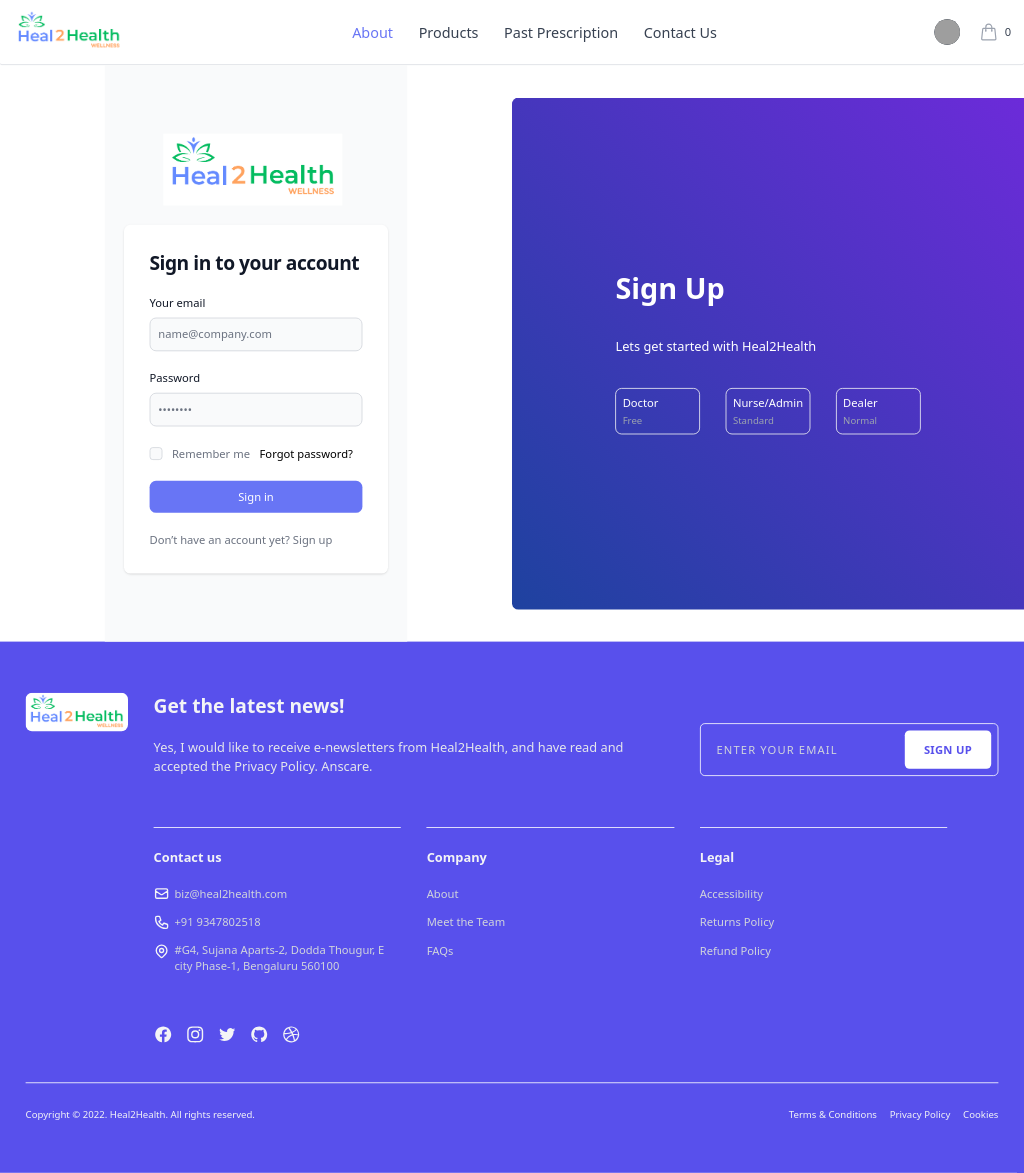
Repository: Akash123-coder/H2H
Page: /login (app in Frontend/)
These files come from the project's save history. The page is drawn as it stood at one moment and after the next save; the edit follows.
The browser window is 1280 px wide. The pictures show the whole page, at 80% of full size.
Pictures or frames that could not be fetched are drawn as grey boxes. The project was rebuilt for these pictures with package versions that can differ from the ones it lists, and the page was loaded fresh each time. Also part of the build but not shown: Frontend/vite.config.ts, Frontend/src/pages/About.tsx, Frontend/src/components/Cta.jsx, Frontend/src/pages/Home.jsx, Frontend/src/components/Product.tsx, Frontend/src/pages/Prescription.jsx, Frontend/src/pages/SignUp.jsx, Frontend/src/pages/CompanyNameSelect.jsx and 3 more.

Above is the page before, as saved 2022-10-04 12:58:00.

### Frontend/index.html
<!DOCTYPE html>
<html lang="en">
  <head>
    <meta charset="UTF-8" />
    <link rel="icon" type="image/svg+xml" href="/vite.svg" />
    <meta name="viewport" content="width=device-width, initial-scale=1.0" />
    <title>Heal2Health</title>
  </head>
  <body>
    <div id="root"></div>
    <script type="module" src="/src/main.tsx"></script>
  </body>
</html>

### Frontend/src/main.tsx
import React from 'react'
import ReactDOM from 'react-dom/client'
import App from './App'
import './index.css'
import {BrowserRouter} from 'react-router-dom'

ReactDOM.createRoot(document.getElementById('root') as HTMLElement).render(
  <React.StrictMode>
    <BrowserRouter>
    <App />
    </BrowserRouter>
  </React.StrictMode>
)

### Frontend/src/App.jsx
import { Routes, Route } from "react-router-dom";
import Navbar from "./components/Navbar.jsx";
import { ShoppingCartProvider } from "./context/ShoppingCartContext";
import About from "./pages/About";
import Home from "./pages/Home";
import Prescription from "./pages/Prescription";
import SignUp from "./pages/SignUp";
import Footer from "./components/Footer";
import Login from "./pages/Login";
import Cart from "./pages/Cart";
import CompanyNameSelect from "./pages/CompanyNameSelect.jsx";
import PastPrescription from "./pages/PastPrescription.jsx";

function App() {
  return (
    <ShoppingCartProvider>
      <Navbar />
      <Routes>
        <Route path="/" element={<Home />} />
        <Route path="/prescription" element={<Prescription />} />
        <Route path="/about" element={<About />} />
        <Route path="/login" element={<Login />} />
        <Route path="/SignUp" element={<SignUp />} />
        <Route path="/pastprescription" element={<PastPrescription />} />
        {/* <Route path="/SignUp" element={<CompanyNameSelect />} /> */}
      </Routes>
      <Footer />
    </ShoppingCartProvider>
  );
}

export default App;

### Frontend/src/context/ShoppingCartContext.tsx
import {useContext ,useState, createContext ,ReactNode} from 'react'

const ShoppingCartContext = createContext({})

type ShoppingCartProviderProps ={
    children: ReactNode
}
type CartItem = {
    id: number
    quantity:number
}


type ShoppingCartContext ={
    CartQuantity:number
    CartItems:CartItem[]
    getItemQuantity:(id: number) => number
    increaseItemQuantity:(id: number) => void
    decreaseItemQuantity:(id: number) => void
    removeFromCart:(id: number) => void
}

export function useShoppingCart() {
  return ( useContext(ShoppingCartContext)
  )
}

export function ShoppingCartProvider({children}:ShoppingCartProviderProps){
    const [cartItems ,setCartItems] = useState<CartItem>([]);

    const CartQuantity = cartItems.reduce(
        (quantity ,item) => item.quantity + quantity,0
    )

    function getItemQuantity(id : number){
        return cartItems.find( item => item.id === id)?.quantity || 0
    }
    function increaseItemQuantity(id : number){
         setCartItems(currItems =>{
            if(currItems.find(item => item.id === id)==null){
                return [...currItems, {id , quantity : 1}]

            } else {
                return currItems.map(item =>{
                    if(item.id === id ){
                        return {...item ,quantity: item.quantity + 1}
                    }else{
                        return item
                    }
                })
            }
         })
    }
    function decreaseItemQuantity(id: number) {
        setCartItems(currItems => {
          if (currItems.find(item => item.id === id)?.quantity === 1) {
            return currItems.filter(item => item.id !== id)
          } else {
            return currItems.map(item => {
              if (item.id === id) {
                return { ...item, quantity: item.quantity - 1 }
              } else {
                return item
              }
            })
          }
        })
      }
    function removeFromCart(id : number){
        setCartItems(currItems =>{
            return currItems.filter(item =>item.id!==id)
        })
    }
    return (

        <ShoppingCartContext.Provider value = {{getItemQuantity,increaseItemQuantity,decreaseItemQuantity ,removeFromCart,cartItems,CartQuantity}}>
            {children}
        </ShoppingCartContext.Provider>
    )
}

### Frontend/src/pages/Login.jsx
import React from 'react'
import { NavLink } from 'react-router-dom';
import logo from "../assets/logo.png";



function Login() {
  return (
    <div class="h-full md:h-screen md:flex py-10 ">
      <div class="grid grid-flow-col md:flex md:w-1/2 justify-center  items-center bg-white">
        <div>
          <section class="bg-gray-50 dark:bg-gray-900">
            <div class="flex flex-col items-center justify-center px-6 py-8 mx-auto md:h-screen lg:py-0">
              <a
                href="#"
                class="flex items-center mb-6 text-2xl font-semibold text-gray-900 dark:text-white"
              >
                <img class=" h-auto w-56 mr-2" src={logo} alt="logo" />
              </a>
              <div class="w-full bg-white rounded-lg shadow dark:border md:mt-0 sm:max-w-md xl:p-0 dark:bg-gray-800 dark:border-gray-700">
                <div class="p-6 space-y-4 md:space-y-6 sm:p-8">
                  <h1 class="text-xl font-bold leading-tight tracking-tight text-gray-900 md:text-2xl dark:text-white">
                    Sign in to your account
                  </h1>
                  <form class="space-y-4 md:space-y-6" action="#">
                    <div>
                      <label
                        for="email"
                        class="block mb-2 text-sm font-medium text-gray-900 dark:text-white"
                      >
                        Your email
                      </label>
                      <input
                        type="email"
                        name="email"
                        id="email"
                        class="bg-gray-50 border border-gray-300 text-gray-900 sm:text-sm rounded-lg focus:ring-primary-600 focus:border-primary-600 block w-full p-2.5 dark:bg-gray-700 dark:border-gray-600 dark:placeholder-gray-400 dark:text-white dark:focus:ring-blue-500 dark:focus:border-blue-500"
                        placeholder="name@company.com"
                        required=""
                      />
                    </div>
                    <div>
                      <label
                        for="password"
                        class="block mb-2 text-sm font-medium text-gray-900 dark:text-white"
                      >
                        Password
                      </label>
                      <input
                        type="password"
                        name="password"
                        id="password"
                        placeholder="••••••••"
                        class="bg-gray-50 border border-gray-300 text-gray-900 sm:text-sm rounded-lg focus:ring-primary-600 focus:border-primary-600 block w-full p-2.5 dark:bg-gray-700 dark:border-gray-600 dark:placeholder-gray-400 dark:text-white dark:focus:ring-blue-500 dark:focus:border-blue-500"
                        required=""
                      />
                    </div>
                    <div class="flex items-center justify-between">
                      <div class="flex items-start">
                        <div class="flex items-center h-5">
                          <input
                            id="remember"
                            aria-describedby="remember"
                            type="checkbox"
                            class="w-4 h-4 border border-gray-300 rounded bg-gray-50 focus:ring-3 focus:ring-primary-300 dark:bg-gray-700 dark:border-gray-600 dark:focus:ring-primary-600 dark:ring-offset-gray-800"
                            required=""
                          />
                        </div>
                        <div class="ml-3 text-sm">
                          <label
                            for="remember"
                            class="text-gray-500 dark:text-gray-300"
                          >
                            Remember me
                          </label>
                        </div>
                      </div>
                      <a
                        href="#"
                        class="text-sm font-medium text-primary-600 hover:underline px-3 dark:text-primary-500"
                      >
                        Forgot password?
                      </a>
                    </div>
                    <button
                      type="submit"
                      class="w-full text-white bg-indigo-500 hover:bg-indigo-600 hover:bg-primary-700 focus:ring-4 focus:outline-none focus:ring-primary-300 font-medium rounded-lg text-sm px-5 py-2.5 text-center dark:bg-primary-600 dark:hover:bg-primary-700 dark:focus:ring-primary-800"
                    >
                      Sign in
                    </button>
                    <p class="text-sm font-light text-gray-500 dark:text-gray-400">
                      Don’t have an account yet?{" "}
                      <NavLink
                        to="/signUp"
                        class="font-medium text-primary-600 hover:underline dark:text-primary-500"
                      >
                        Sign up
                      </NavLink>
                    </p>
                  </form>
                </div>
              </div>
            </div>
          </section>
        </div>
      </div>
      <div class="relative flex w-full h-full overflow-hidden md:flex md:w-1/2  bg-gradient-to-tr md:rounded-l-lg from-blue-800 to-purple-700 i justify-around items-center ">
        <div>
          <h1 class="text-white font-bold text-4xl font-sans my-10">Sign Up</h1>
          <p class="text-white mt-1">Lets get started with Heal2Health</p>
          <div class="grid grid-flow-row md:grid-cols-3 pb-10 gap-8 text-white mt-10 ">
            <div class="relative">
              <input
                class="hidden group peer"
                type="radio"
                name="shippingOption"
                value="standard_alt"
                id="standard_alt"
              />

              <label
                class="block p-2 text-sm font-medium transition-colors border border-gray-100  hover:text-gray-800 rounded-lg shadow-sm cursor-pointer peer-checked:border-indigo-500 peer-checked:bg-white peer-checked:text-black hover:bg-gray-50 peer-checked:ring-1 peer-checked:ring-indigo-500"
                for="standard_alt"
              >
                <span> Doctor </span>

                <span class="block mt-1 text-xs text-gray-400"> Free </span>
              </label>

              <svg
                class="absolute w-5 h-5 text-indigo-600 opacity-0 top-8 right-3 peer-checked:opacity-100"
                xmlns="http://www.w3.org/2000/svg"
                viewBox="0 0 20 20"
                fill="currentColor"
              >
                <path
                  fill-rule="evenodd"
                  d="M10 18a8 8 0 100-16 8 8 0 000 16zm3.707-9.293a1 1 0 00-1.414-1.414L9 10.586 7.707 9.293a1 1 0 00-1.414 1.414l2 2a1 1 0 001.414 0l4-4z"
                  clip-rule="evenodd"
                />
              </svg>
            </div>

            <div class="relative">
              <input
                class="hidden group peer"
                type="radio"
                name="shippingOption"
                value="next_day_alt"
                id="next_day_alt"
              />

              <label
                class="block p-2 text-sm font-medium transition-colors border  peer-checked:bg-white peer-checked:text-black  hover:text-gray-800 border-gray-100 rounded-lg shadow-sm cursor-pointer peer-checked:border-indigo-500 hover:bg-gray-50 peer-checked:ring-1 peer-checked:ring-indigo-500"
                for="next_day_alt"
              >
                <span> Nurse/Admin </span>

                <span class="block mt-1 text-xs text-gray-400"> Standard </span>
              </label>

              <svg
                class="absolute w-5 h-5 text-indigo-600 opacity-0 top-8 right-3 peer-checked:opacity-100"
                xmlns="http://www.w3.org/2000/svg"
                viewBox="0 0 20 20"
                fill="currentColor"
              >
                <path
                  fill-rule="evenodd"
                  d="M10 18a8 8 0 100-16 8 8 0 000 16zm3.707-9.293a1 1 0 00-1.414-1.414L9 10.586 7.707 9.293a1 1 0 00-1.414 1.414l2 2a1 1 0 001.414 0l4-4z"
                  clip-rule="evenodd"
                />
              </svg>
            </div>
            <div class="relative">
              <input
                class="hidden group peer"
                type="radio"
                name="shippingOption"
                value="day_alt"
                id="day_alt"
              />

              <label
                class="block p-2 text-sm font-medium transition-colors border  hover:text-gray-800  peer-checked:bg-white peer-checked:text-black border-gray-100 rounded-lg shadow-sm cursor-pointer peer-checked:border-indigo-500 hover:bg-gray-50 peer-checked:ring-1 peer-checked:ring-indigo-500"
                for="day_alt"
              >
                <span> Dealer </span>

                <span class="block mt-1 text-xs text-gray-400"> Normal </span>
              </label>

              <svg
                class="absolute w-5 h-5 text-indigo-600 opacity-0 top-8 right-3 peer-checked:opacity-100"
                xmlns="http://www.w3.org/2000/svg"
                viewBox="0 0 20 20"
                fill="currentColor"
              >
                <path
                  fill-rule="evenodd"
                  d="M10 18a8 8 0 100-16 8 8 0 000 16zm3.707-9.293a1 1 0 00-1.414-1.414L9 10.586 7.707 9.293a1 1 0 00-1.414 1.414l2 2a1 1 0 001.414 0l4-4z"
                  clip-rule="evenodd"
                />
              </svg>
            </div>
          </div>
        </div>

        <div class="absolute hidden   -bottom-32 -left-40 w-80 h-80 border-4 rounded-full border-opacity-30 border-t-8"></div>
        <div class="absolute hidden  -bottom-40 -left-20 w-80 h-80 border-4 rounded-full border-opacity-30 border-t-8"></div>
        <div class="absolute hidden  -top-40 -right-0 w-80 h-80 border-4 rounded-full border-opacity-30 border-t-8"></div>
        <div class="absolute hidden  -top-20 -right-20 w-80 h-80 border-4 rounded-full border-opacity-30 border-t-8"></div>
      </div>
    </div>
  );
}

export default Login;


{/* <form class="bg-white">
  <h1 class="text-gray-800 font-bold text-2xl mb-1">Hello Again!</h1>
  <p class="text-sm font-normal text-gray-600 mb-7">Welcome Back</p>
  <div class="flex items-center border-2 py-2 px-3 rounded-2xl mb-4">
    <svg
      xmlns="http://www.w3.org/2000/svg"
      class="h-5 w-5 text-gray-400"
      viewBox="0 0 20 20"
      fill="currentColor"
    >
      <path
        fill-rule="evenodd"
        d="M10 9a3 3 0 100-6 3 3 0 000 6zm-7 9a7 7 0 1114 0H3z"
        clip-rule="evenodd"
      />
    </svg>
    <input
      class="pl-2 outline-none border-none"
      type="text"
      name=""
      id=""
      placeholder="Full name"
    />
  </div>
  <div class="flex items-center border-2 py-2 px-3 rounded-2xl mb-4">
    <svg
      xmlns="http://www.w3.org/2000/svg"
      class="h-5 w-5 text-gray-400"
      fill="none"
      viewBox="0 0 24 24"
      stroke="currentColor"
    >
      <path
        stroke-linecap="round"
        stroke-linejoin="round"
        stroke-width="2"
        d="M12 11c0 3.517-1.009 6.799-2.753 9.571m-3.44-2.04l.054-.09A13.916 13.916 0 008 11a4 4 0 118 0c0 1.017-.07 2.019-.203 3m-2.118 6.844A21.88 21.88 0 0015.171 17m3.839 1.132c.645-2.266.99-4.659.99-7.132A8 8 0 008 4.07M3 15.364c.64-1.319 1-2.8 1-4.364 0-1.457.39-2.823 1.07-4"
      />
    </svg>
    <input
      class="pl-2 outline-none border-none"
      type="text"
      name=""
      id=""
      placeholder="Username"
    />
  </div>
  <div class="flex items-center border-2 py-2 px-3 rounded-2xl mb-4">
    <svg
      xmlns="http://www.w3.org/2000/svg"
      class="h-5 w-5 text-gray-400"
      fill="none"
      viewBox="0 0 24 24"
      stroke="currentColor"
    >
      <path
        stroke-linecap="round"
        stroke-linejoin="round"
        stroke-width="2"
        d="M16 12a4 4 0 10-8 0 4 4 0 008 0zm0 0v1.5a2.5 2.5 0 005 0V12a9 9 0 10-9 9m4.5-1.206a8.959 8.959 0 01-4.5 1.207"
      />
    </svg>
    <input
      class="pl-2 outline-none border-none"
      type="text"
      name=""
      id=""
      placeholder="Email Address"
    />
  </div>
  <div class="flex items-center border-2 py-2 px-3 rounded-2xl">
    <svg
      xmlns="http://www.w3.org/2000/svg"
      class="h-5 w-5 text-gray-400"
      viewBox="0 0 20 20"
      fill="currentColor"
    >
      <path
        fill-rule="evenodd"
        d="M5 9V7a5 5 0 0110 0v2a2 2 0 012 2v5a2 2 0 01-2 2H5a2 2 0 01-2-2v-5a2 2 0 012-2zm8-2v2H7V7a3 3 0 016 0z"
        clip-rule="evenodd"
      />
    </svg>
    <input
      class="pl-2 outline-none border-none"
      type="text"
      name=""
      id=""
      placeholder="Password"
    />
  </div>
  <button
    type="submit"
    class="block w-full bg-indigo-600 mt-4 py-2 rounded-2xl text-white font-semibold mb-2"
  >
    Login
  </button>
  <span class="text-sm ml-2 hover:text-blue-500 cursor-pointer">
    Forgot Password ?
  </span>
</form>; */}

### Frontend/tailwind.config.cjs
/** @type {import('tailwindcss').Config} */
module.exports = {
  content: [
    "./src/**/*.{js,jsx,ts,tsx}",
    "node_modules/flowbite-react/**/*.{js,jsx,ts,tsx}",
  ],
  theme: {
    extend: {},
  },
  plugins: [require("flowbite/plugin"), require("@tailwindcss/forms")],
};

Loaded but not shown: Frontend/src/index.css (common file); Frontend/src/components/Footer.jsx (300 lines, source omitted); Frontend/src/pages/Cart.jsx (227 lines, source omitted); Frontend/src/components/Navbar.jsx (181 lines, source omitted)

After the next save:
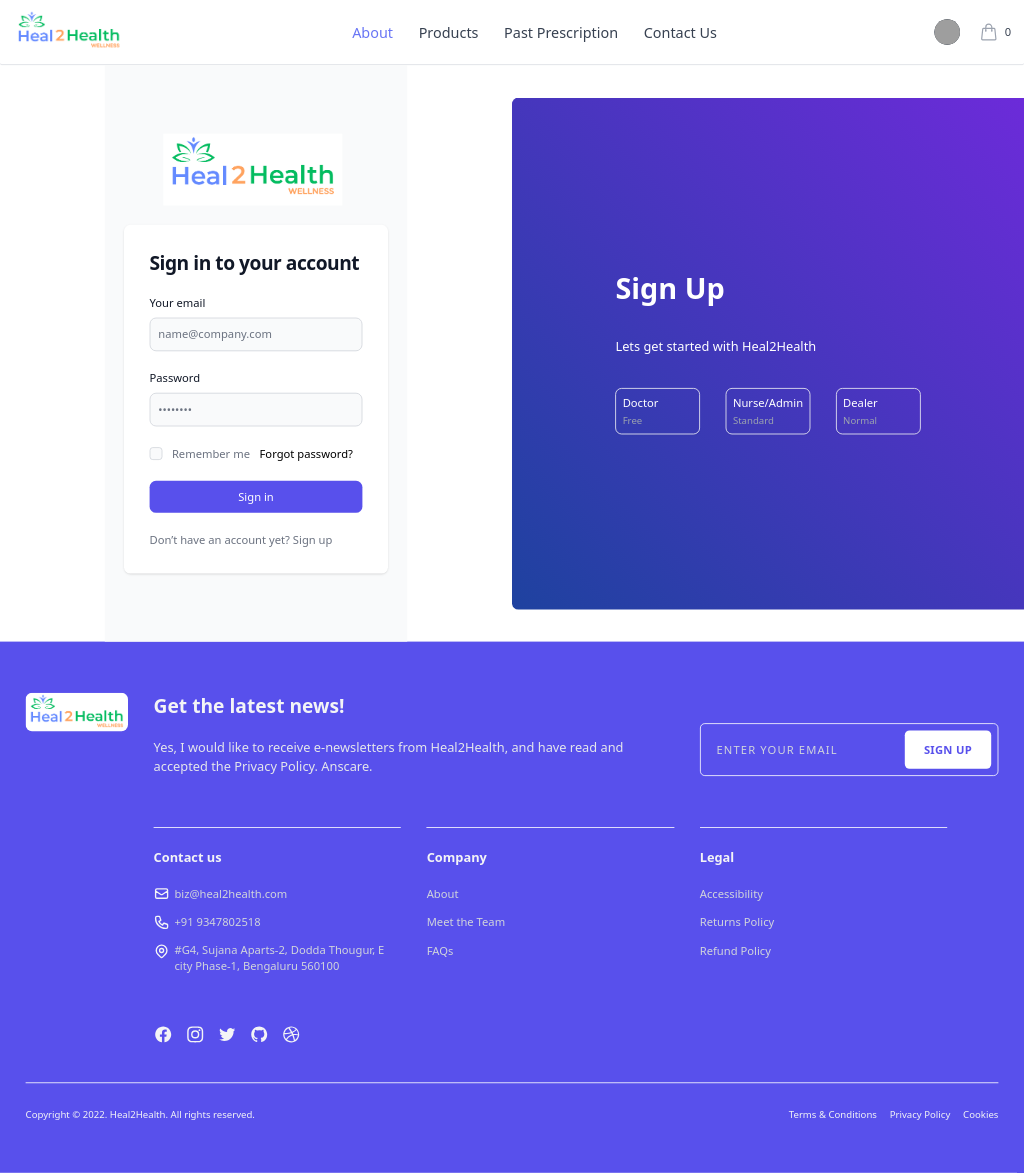
Saved 11 s later.
--- a/Frontend/src/pages/Login.jsx
+++ b/Frontend/src/pages/Login.jsx
@@ -84,7 +84,7 @@
                     </div>
                     <button
                       type="submit"
-                      class="w-full text-white bg-indigo-500 hover:bg-indigo-600 hover:bg-primary-700 focus:ring-4 focus:outline-none focus:ring-primary-300 font-medium rounded-lg text-sm px-5 py-2.5 text-center dark:bg-primary-600 dark:hover:bg-primary-700 dark:focus:ring-primary-800"
+                      class="w-full text-white bg-indigo-600 hover:bg-indigo-700 hover:bg-primary-700 focus:ring-4 focus:outline-none focus:ring-primary-300 font-medium rounded-lg text-sm px-5 py-2.5 text-center dark:bg-primary-600 dark:hover:bg-primary-700 dark:focus:ring-primary-800"
                     >
                       Sign in
                     </button>
